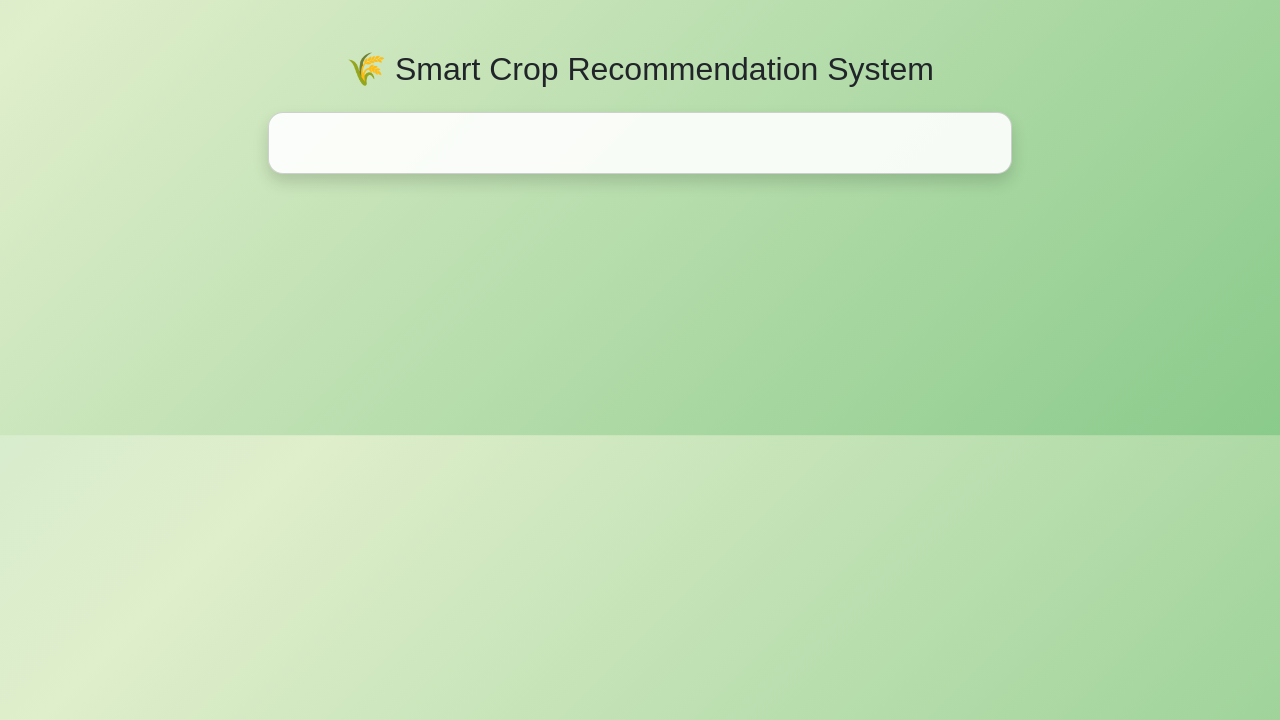
Repository: imdhanush13/Smart-Crop-recom
Page: http://localhost/
The author's editor kept a copy of each file at every save. The page is drawn from the files as they stood at one save, then again after a run of saves.
The browser window is 1280 px wide. The pictures show the whole page.
The page is served by the project's application, run on Flask 3 (app.py).

Above is the page before, as saved 2025-06-17 03:37:14.

### templates/index.html
<!DOCTYPE html>
<html lang="en">
<head>
    <meta charset="UTF-8">
    <title>🌱 Smart Crop Recommendation</title>
    <link href="https://cdn.jsdelivr.net/npm/bootstrap@5.3.3/dist/css/bootstrap.min.css" rel="stylesheet">
    <style>
        /* Moving background animation */
        body {
            margin: 0;
            padding: 0;
            background: linear-gradient(-45deg, #7bc47f, #dfeecb, #b4e7d9, #f2f6f7);
            background-size: 400% 400%;
            animation: gradient 15s ease infinite;
            font-family: Arial, sans-serif;
        }

        @keyframes gradient {
            0% {background-position: 0% 50%;}
            50% {background-position: 100% 50%;}
            100% {background-position: 0% 50%;}
        }

        .container {
            margin-top: 50px;
        }

        .card {
            padding: 30px;
            border-radius: 15px;
            background-color: rgba(255, 255, 255, 0.9);
            box-shadow: 0 4px 20px rgba(0,0,0,0.2);
        }

        .btn-success {
            background-color: #4CAF50;
            border: none;
        }
    </style>
</head>
<body>
    <div class="container">
        <h2 class="text-center mb-4">🌾 Smart Crop Recommendation System</h2>
        <div class="card shadow col-lg-8 mx-auto">

            {% if show_prediction %}
            <div class="alert alert-info mt-4 text-center">
                <h5>{{ prediction_text }}</h5>
            </div>
            {% endif %}
        </div>
    </div>
</body>
</html>

### main.py
from flask import Blueprint, render_template, request
import joblib
import numpy as np
import mysql.connector

main = Blueprint('main', __name__)

# Load trained model, label encoder, and scaler
model = joblib.load("crop_recommendation_model.pkl")
scaler = joblib.load("scaler.pkl")

# Connect to MySQL
db = mysql.connector.connect(
    host="localhost",
    user="root",
    password="Dhanush08@",
    database="crop"
)
cursor = db.cursor()


# Crop label mapping
crop_label_mapping = {
    0: 'apple', 1: 'banana', 2: 'blackgram', 3: 'chickpea',
    4: 'coconut', 5: 'coffee', 6: 'cotton', 7: 'grapes',
    8: 'jute', 9: 'kidneybeans', 10: 'lentil', 11: 'maize',
    12: 'mango', 13: 'mothbeans', 14: 'mungbean', 15: 'muskmelon',
    16: 'orange', 17: 'papaya', 18: 'pigeonpeas', 19: 'pomegranate',
    20: 'rice', 21: 'watermelon'
}

@main.route('/')
def home():
    return render_template('index.html', show_prediction=False)

@main.route("/predict", methods=["POST"])
def predict_crop():
    try:
        # Get input from form
        N = int(request.form["N"])
        P = int(request.form["P"])
        K = int(request.form["K"])
        temp = float(request.form["temperature"])
        humidity = float(request.form["humidity"])
        ph = float(request.form["ph"])
        rainfall = float(request.form["rainfall"])

        # Prepare and scale features
        features = np.array([[N, P, K, temp, humidity, ph, rainfall]])
        scaled_features = scaler.transform(features)

        # Predict using model
        prediction = model.predict(scaled_features)[0]
        predicted_crop = crop_label_mapping[prediction]

        # Save prediction to DB
        insert = """
            INSERT INTO crop_data (N, P, K, temperature, humidity, ph, rainfall, predicted_crop)
            VALUES (%s, %s, %s, %s, %s, %s, %s, %s)
        """
        values = (N, P, K, temp, humidity, ph, rainfall, predicted_crop)
        cursor.execute(insert, values)
        db.commit()

        return render_template(
            'index.html',
            prediction_text=f'🌾 Predicted Crop: {predicted_crop.capitalize()}',
            show_prediction=True
        )

    except Exception as e:
        return render_template(
            'index.html',
            prediction_text=f'Error: {str(e)}',
            show_prediction=True
        )

### app.py
from flask import Flask
from main import main  # Import your blueprint

app = Flask(__name__)
app.register_blueprint(main)

if __name__ == '__main__':
    app.run(debug=True)

After the next 2 saves:
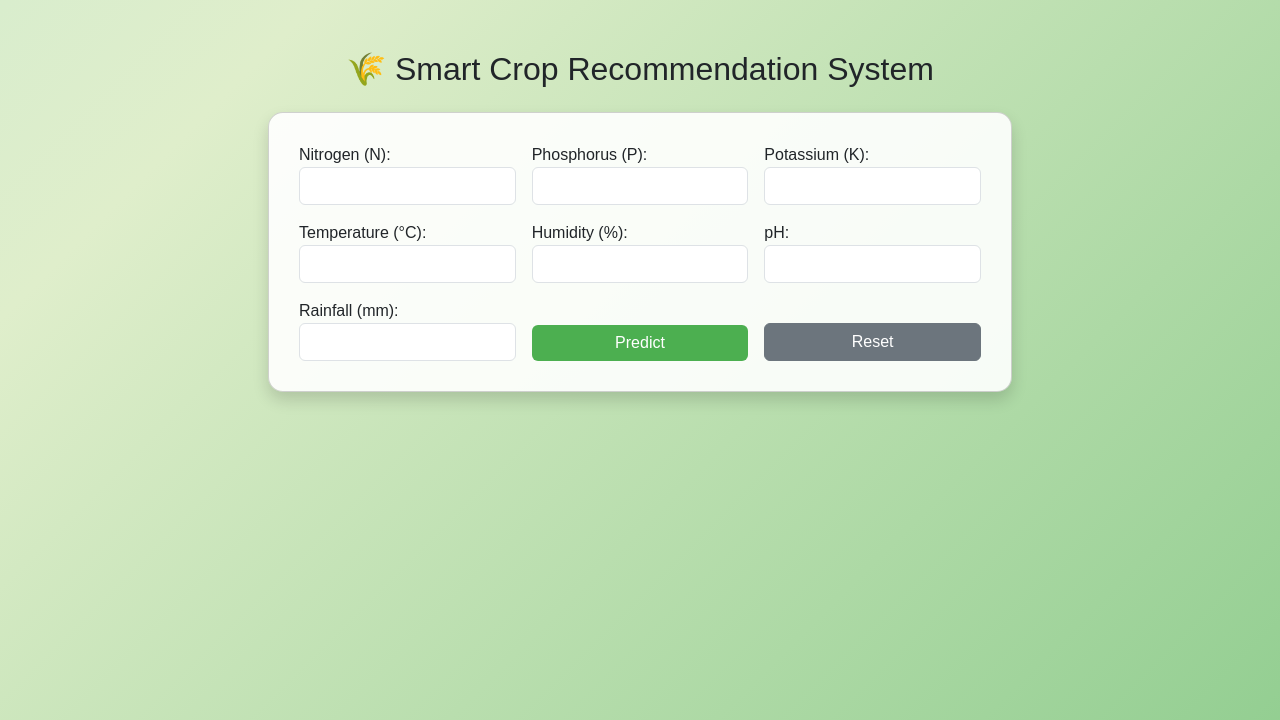
The 2 saves are shown as one change because they came seconds apart.
The last was saved 9 s later.
--- a/templates/index.html
+++ b/templates/index.html
@@ -42,6 +42,44 @@
     <div class="container">
         <h2 class="text-center mb-4">🌾 Smart Crop Recommendation System</h2>
         <div class="card shadow col-lg-8 mx-auto">
+            <form method="POST" action="/predict">
+                <div class="row g-3">
+                    <div class="col-md-4">
+                        <label for="N">Nitrogen (N):</label>
+                        <input type="number" name="N" id="N" class="form-control" required>
+                    </div>
+                    <div class="col-md-4">
+                        <label for="P">Phosphorus (P):</label>
+                        <input type="number" name="P" id="P" class="form-control" required>
+                    </div>
+                    <div class="col-md-4">
+                        <label for="K">Potassium (K):</label>
+                        <input type="number" name="K" id="K" class="form-control" required>
+                    </div>
+                    <div class="col-md-4">
+                        <label for="temperature">Temperature (°C):</label>
+                        <input type="number" step="any" name="temperature" id="temperature" class="form-control" required>
+                    </div>
+                    <div class="col-md-4">
+                        <label for="humidity">Humidity (%):</label>
+                        <input type="number" step="any" name="humidity" id="humidity" class="form-control" required>
+                    </div>
+                    <div class="col-md-4">
+                        <label for="ph">pH:</label>
+                        <input type="number" step="any" name="ph" id="ph" class="form-control" required>
+                    </div>
+                    <div class="col-md-4">
+                        <label for="rainfall">Rainfall (mm):</label>
+                        <input type="number" step="any" name="rainfall" id="rainfall" class="form-control" required>
+                    </div>
+                    <div class="col-md-4 d-flex align-items-end">
+                        <input type="submit" value="Predict" class="btn btn-success w-100">
+                    </div>
+                    <div class="col-md-4 d-flex align-items-end">
+                        <a href="/" class="btn btn-secondary w-100">Reset</a>
+                    </div>
+                </div>
+            </form>
 
             {% if show_prediction %}
             <div class="alert alert-info mt-4 text-center">
